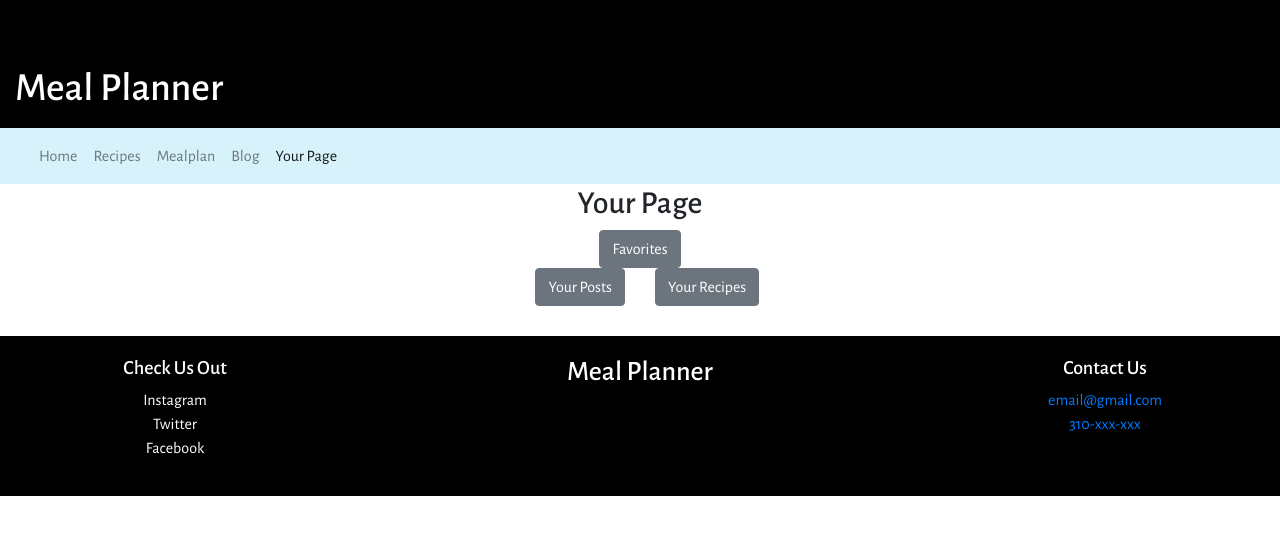
Repository: madisonisfan/mealplanner-react
Page: /yourpage
The author's editor kept a copy of each file at every save. The page is drawn from the files as they stood at one save, then again after the next save.
The browser window is 1280 px wide. The pictures show the whole page.
The project was rebuilt for these pictures with package versions that can differ from the ones it lists, and the page was loaded fresh each time. Also part of the build but not shown: src/components/HomeComponent.js, src/components/LoadingComponent.js, src/components/BlogComponent.js, src/components/RecipePageComponent.js.

Above is the page before, as saved 2021-04-29 18:43:37.

After the next save:
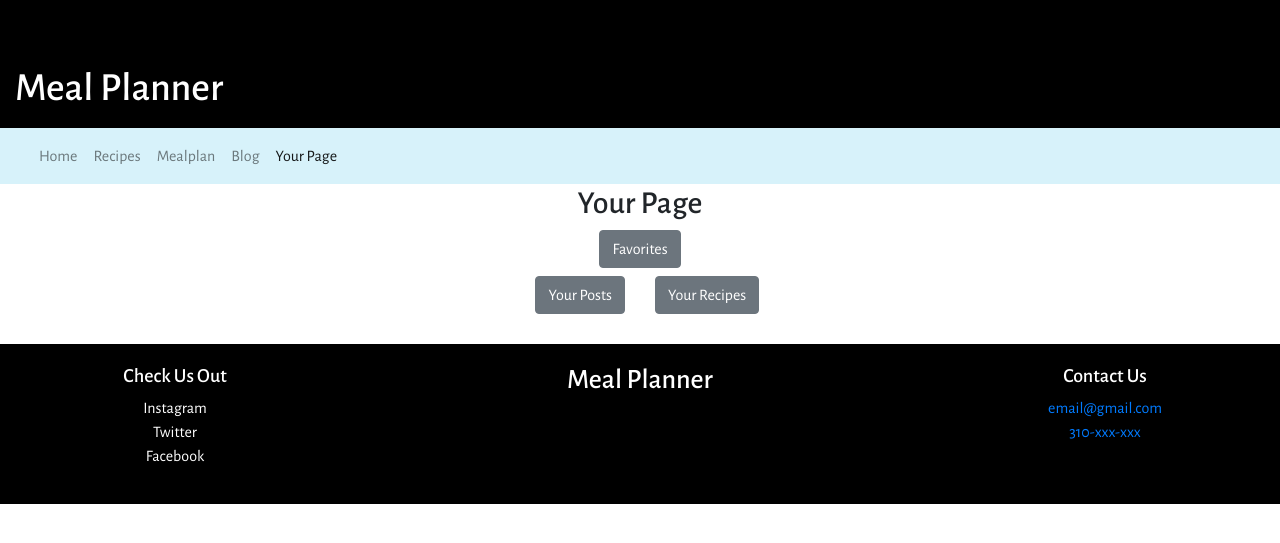
Saved 12 s later.
--- a/src/components/YourPageComponent.js
+++ b/src/components/YourPageComponent.js
@@ -15,7 +15,7 @@ function MainYourPage(props) {
             <Button>Favorites</Button>
           </Col>
         </Row>
-        <Row>
+        <Row className="mt-2">
           <Col className="d-flex justify-content-end">
             <Button>Your Posts</Button>
           </Col>
